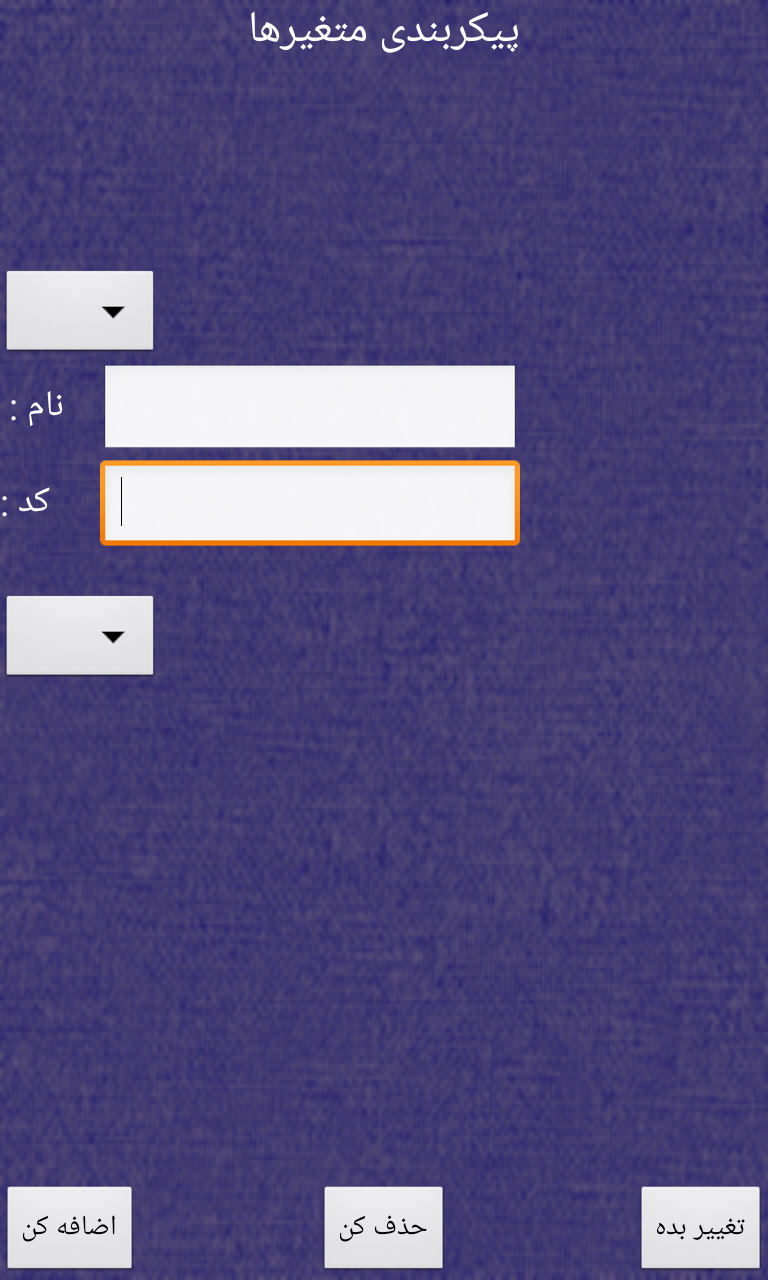
Repository: samanamp/RR-Controller
Layout: RRC app/res/layout/activity_variable_setting.xml
The author's editor kept a copy of each file at every save. The layout is drawn from the files as they stood at one save, then again after the next save.
It is drawn on a 768 x 1280 px phone screen (xhdpi) without system bars, with theme AppTheme; the app's code is not run.

Above is the layout before, as saved 2012-08-13 11:35:48.

After the next save:
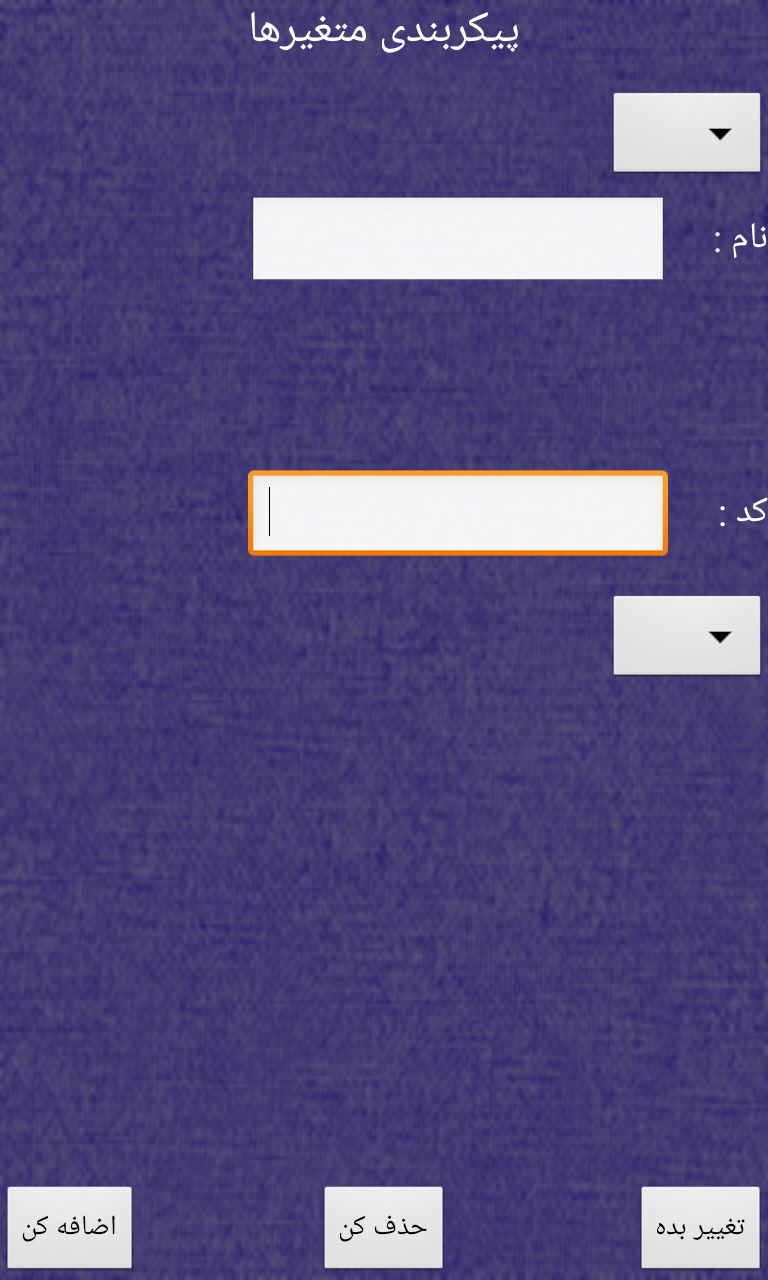
Saved 4 min 53 s later.
--- a/RRC app/res/layout/activity_variable_setting.xml
+++ b/RRC app/res/layout/activity_variable_setting.xml
@@ -31,13 +31,6 @@
         android:onClick="del"
         android:text="حذف کن" />
 
-    <Spinner
-        android:id="@+id/spinner2"
-        android:layout_width="wrap_content"
-        android:layout_height="wrap_content"
-        android:layout_alignParentLeft="true"
-        android:layout_centerVertical="true" />
-
     <TextView
         android:id="@+id/textView1"
         android:layout_width="wrap_content"
@@ -48,13 +41,48 @@
         android:textAppearance="?android:attr/textAppearanceLarge"
         android:textColor="#ffffff" />
 
+    <Spinner
+        android:id="@+id/spinner1"
+        android:layout_width="wrap_content"
+        android:layout_height="wrap_content"
+        android:layout_alignParentRight="true"
+        android:layout_below="@+id/textView1"
+        android:layout_marginTop="14dp" />
+
+    <TextView
+        android:id="@+id/textView2"
+        android:layout_width="wrap_content"
+        android:layout_height="wrap_content"
+        android:layout_alignParentRight="true"
+        android:layout_below="@+id/spinner1"
+        android:layout_marginTop="14dp"
+        android:text="نام : "
+        android:textAppearance="?android:attr/textAppearanceMedium"
+        android:textColor="#ffffff" />
+
+    <EditText
+        android:id="@+id/editText1"
+        android:layout_width="wrap_content"
+        android:layout_height="wrap_content"
+        android:layout_alignBaseline="@+id/textView2"
+        android:layout_alignBottom="@+id/textView2"
+        android:layout_alignLeft="@+id/textView1"
+        android:ems="10" />
+
+    <Spinner
+        android:id="@+id/spinner2"
+        android:layout_width="wrap_content"
+        android:layout_height="wrap_content"
+        android:layout_alignParentRight="true"
+        android:layout_centerVertical="true" />
+
     <TextView
         android:id="@+id/textView3"
         android:layout_width="wrap_content"
         android:layout_height="wrap_content"
         android:layout_above="@+id/spinner2"
-        android:layout_alignParentLeft="true"
-        android:layout_marginBottom="32dp"
+        android:layout_alignParentRight="true"
+        android:layout_marginBottom="27dp"
         android:text="کد :"
         android:textAppearance="?android:attr/textAppearanceMedium"
         android:textColor="#ffffff" />
@@ -65,38 +93,11 @@
         android:layout_height="wrap_content"
         android:layout_alignBaseline="@+id/textView3"
         android:layout_alignBottom="@+id/textView3"
-        android:layout_alignRight="@+id/textView1"
+        android:layout_alignLeft="@+id/editText1"
         android:ems="10"
         android:inputType="number" >
 
         <requestFocus />
     </EditText>
 
-    <TextView
-        android:id="@+id/textView2"
-        android:layout_width="wrap_content"
-        android:layout_height="wrap_content"
-        android:layout_above="@+id/editText2"
-        android:layout_alignParentLeft="true"
-        android:layout_marginBottom="14dp"
-        android:text="نام : "
-        android:textAppearance="?android:attr/textAppearanceMedium"
-        android:textColor="#ffffff" />
-
-    <EditText
-        android:id="@+id/editText1"
-        android:layout_width="wrap_content"
-        android:layout_height="wrap_content"
-        android:layout_alignBaseline="@+id/textView2"
-        android:layout_alignBottom="@+id/textView2"
-        android:layout_alignLeft="@+id/editText2"
-        android:ems="10" />
-
-    <Spinner
-        android:id="@+id/spinner1"
-        android:layout_width="wrap_content"
-        android:layout_height="wrap_content"
-        android:layout_above="@+id/editText1"
-        android:layout_alignParentLeft="true" />
-
 </RelativeLayout>
